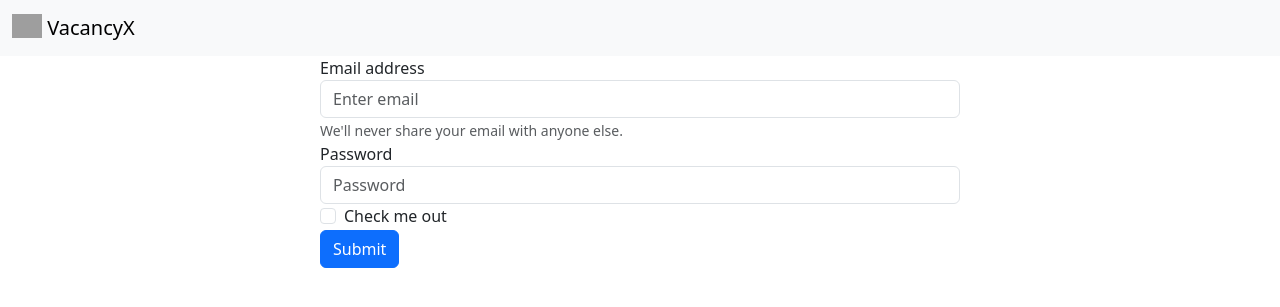
Repository: zipArk99/Vacancy-portal-serv
Page: http://localhost/VacancyPortal/
The author's editor kept a copy of each file at every save. The page is drawn from the files as they stood at one save, then again after the next save.
The browser window is 1280 px wide. The pictures show the whole page.
Pictures or frames that could not be fetched are drawn as grey boxes. The page is served by Tomcat 9. Other server files are loaded and not shown.

Above is the page before, as saved 2024-08-14 10:11:02.

### VacancyPortal/src/main/webapp/index.jsp
<%@ page language="java" contentType="text/html; charset=UTF-8"
	pageEncoding="UTF-8"%>
<%@ taglib prefix="c" uri="http://java.sun.com/jsp/jstl/core"%>
<%@ page isELIgnored="false" %>
<!DOCTYPE html>
<html>
<head>
 <meta charset="utf-8">
    <meta name="viewport" content="width=device-width, initial-scale=1">
    <title>SOAP Registration</title>
    <link href="https://cdn.jsdelivr.net/npm/bootstrap@5.3.3/dist/css/bootstrap.min.css" rel="stylesheet" integrity="sha384-QWTKZyjpPEjISv5WaRU9OFeRpok6YctnYmDr5pNlyT2bRjXh0JMhjY6hW+ALEwIH" crossorigin="anonymous">
</head>
<body>
<%@ include file="header.jsp" %>

<div style="width:50%; margin: auto;">
<form action="#" method="POST">

  <div class="form-group">
    <label for="exampleInputEmail1">Email address</label>
    <input type="email" name="email" class="form-control" id="exampleInputEmail1" aria-describedby="emailHelp" placeholder="Enter email">
    <small id="emailHelp" class="form-text text-muted">We'll never share your email with anyone else.</small>
  </div>
  <div class="form-group">
    <label for="exampleInputPassword1">Password</label>
    <input name="password" type="password" class="form-control" id="exampleInputPassword1" placeholder="Password">
  </div>
  <div class="form-group form-check">
    <input type="checkbox" class="form-check-input" id="exampleCheck1" name="check">
    <label class="form-check-label" for="exampleCheck1">Check me out</label>
  </div>
  <button type="submit" class="btn btn-primary">Submit</button>
</form>
</div>
</body>
</html>

### VacancyPortal/src/main/webapp/header.jsp
<%@ page language="java" contentType="text/html; charset=UTF-8"
    pageEncoding="UTF-8"%>
<!DOCTYPE html>
<html>
  <head>
    <meta charset="utf-8">
    <meta name="viewport" content="width=device-width, initial-scale=1">
    <title>Bootstrap demo</title>
    <link href="https://cdn.jsdelivr.net/npm/bootstrap@5.3.3/dist/css/bootstrap.min.css" rel="stylesheet" integrity="sha384-QWTKZyjpPEjISv5WaRU9OFeRpok6YctnYmDr5pNlyT2bRjXh0JMhjY6hW+ALEwIH" crossorigin="anonymous">
  </head>
<body>

<nav class="navbar navbar-light bg-light">
  <div class="container-fluid">
    <a class="navbar-brand" href="#">
      <img src="/docs/5.0/assets/brand/bootstrap-logo.svg" alt="" width="30" height="24" class="d-inline-block align-text-top">
      VacancyX
    </a>
  </div>
</nav>
</body>
</html>

After the next save:
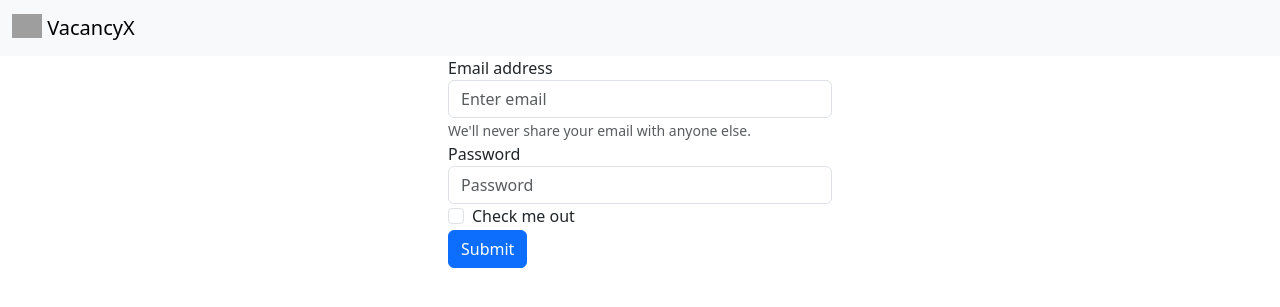
Saved 22 s later.
--- a/VacancyPortal/src/main/webapp/index.jsp
+++ b/VacancyPortal/src/main/webapp/index.jsp
@@ -13,7 +13,7 @@
 <body>
 <%@ include file="header.jsp" %>
 
-<div style="width:50%; margin: auto;">
+<div style="width:30%; margin: auto;">
 <form action="#" method="POST">
 
   <div class="form-group">
